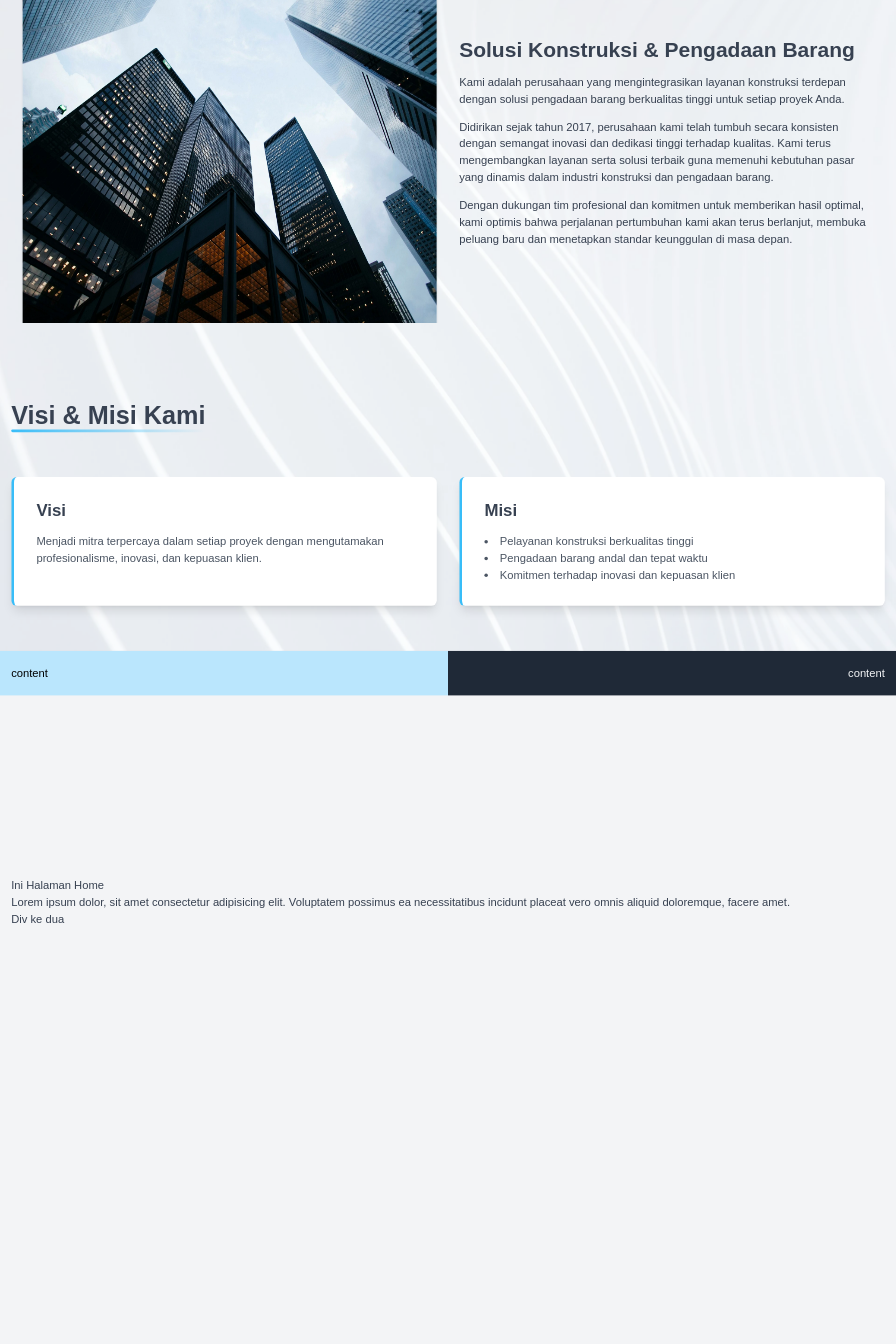
Repository: PrasBaldin/next-mulse
Page: /
The author's editor kept a copy of each file at every save. The page is drawn from the files as they stood at one save, then again after the next save.
The browser window is 1280 px wide. The pictures show the part of the page from y = 1039 to 2959 px (the page is 3901 px tall), at 70% of full size.
The project was rebuilt for these pictures with package versions that can differ from the ones it lists, and the page was loaded fresh each time. The framework's server and built-in components were replaced by stand-ins that run in the browser. Also part of the build but not shown: next.config.ts.

Above is the page before, as saved 2025-02-23 04:45:27.

After the next save:
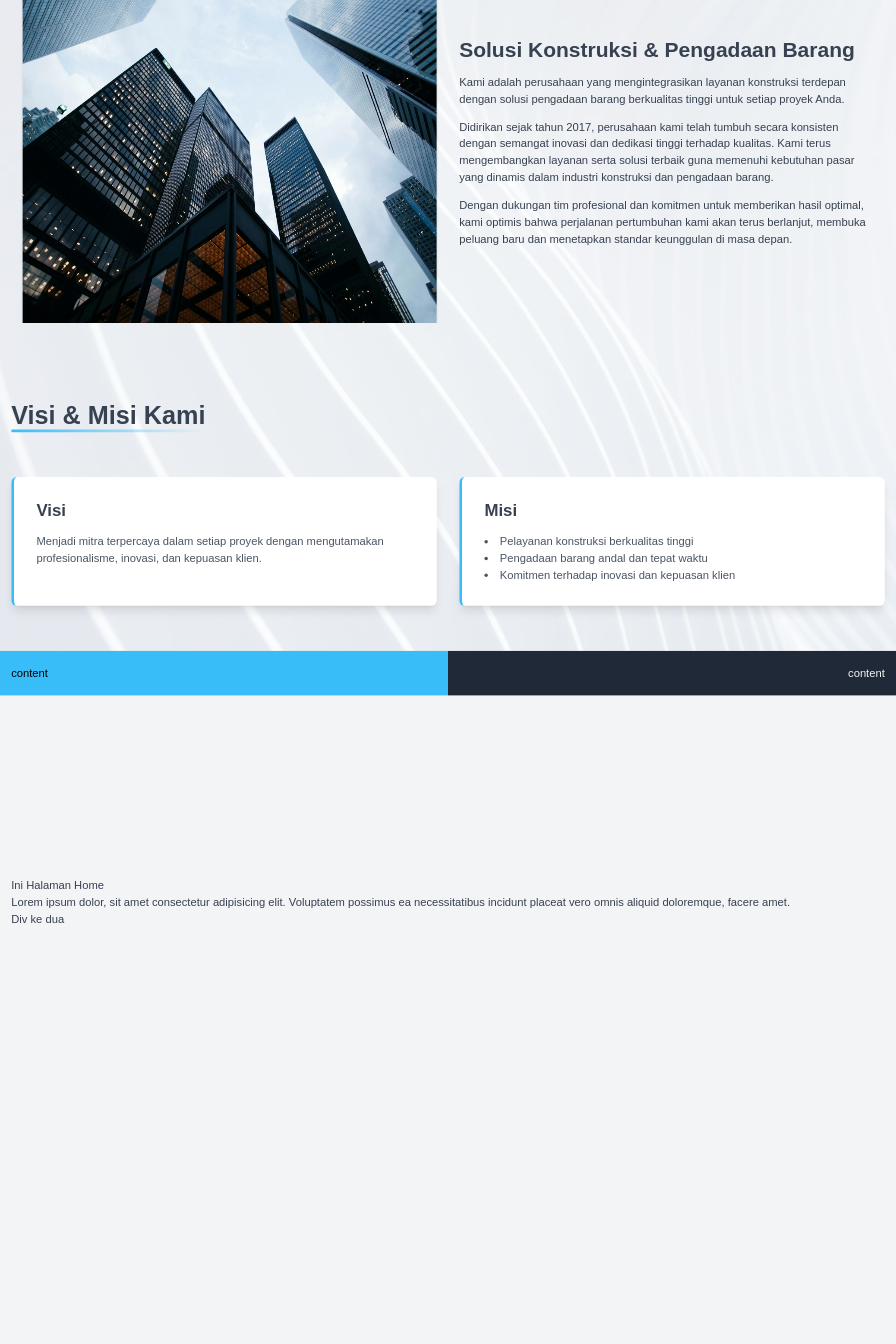
Saved 8 s later.
--- a/app/services/page.tsx
+++ b/app/services/page.tsx
@@ -2,7 +2,7 @@ const ServicesPage = () => {
     return (
         <>
             <section className="w-full flex flex-col lg:flex-row">
-                <div className="w-full lg:w-1/2 bg-sky-200">
+                <div className="w-full lg:w-1/2 bg-sky-400">
                     <div className="sm:max-w-[640px] md:max-w-[768px] lg:max-w-[512px] xl:max-w-[640px] 2xl:max-w-[768px] ml-auto mr-auto lg:mr-0 px-4">
                         <div className="py-5">
                             <p>content</p>
